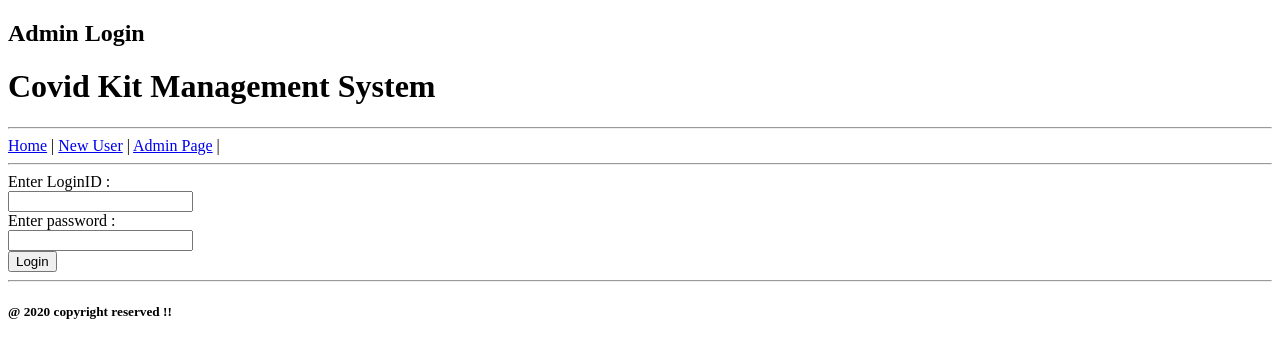
Repository: smithaApatil/SBA1_Final
Page: http://localhost/CovidKitMgmtSystem/admin
An editor plug-in stored every save of this project. The page is shown before and after the next save, followed by the edit.
The browser window is 1280 px wide. The pictures show the whole page.
The page is served by Tomcat 9. Other server files are loaded and not shown.

Above is the page before, as saved 2020-11-08 19:14:52.

### CovidKitMgmtSystem/WebContent/admin.jsp
<%@ page language="java" contentType="text/html; charset=ISO-8859-1"
    pageEncoding="ISO-8859-1"%>
        <%@page import="com.wellsfargo.sba1.entity.Product"%>
<%@page import="com.wellsfargo.sba1.service.ProductService"%>
<%@page import="java.util.List"%>
<%@page import="com.wellsfargo.sba1.service.ProductServiceImple"%>
<!DOCTYPE html>
<html>
<head>
<meta charset="ISO-8859-1">
<title>Admin Login Page</title>
</head>
<body>
<h2>Admin Login</h2>
<%
	if (session.getAttribute("message") == null || session.getAttribute("message").toString().isEmpty() || session.getAttribute("message")!="admin") {
	%>
	<form action="login" method="post">

	<jsp:include page="header.jsp" />
		<div>
			<div><label for="loginid">Enter LoginID : </label> </div>
			<div><input type="text" id="loginid" name="loginid"> </div>
		</div>
		<div>
			<div><label for="password">Enter password : </label> </div>
			<div><input type="text" id="password" name="password"> </div>
		</div>
		<div>
			<div><input type="submit" value="Login"> </div>
		</div>
	</form>
	<% }  else if(session.getAttribute("message").toString().equals("admin")){
		ProductService prodService = new ProductServiceImple();
		List<Product> prods = prodService.getAllProducts();
		request.setAttribute("prods", prods);
		request.getRequestDispatcher("listproducts.jsp").forward(request, response);
	 } %>

<hr>
	<jsp:include page="footer.jsp"/>
	</hr>

</body>
</html>

### CovidKitMgmtSystem/WebContent/header.jsp
<header>
	<h1>Covid Kit Management System</h1>
	<hr />
		<nav>
			<a href="index.jsp">Home</a>
			<span>|</span>
			<a href="newuser">New User</a>
			<span>|</span>
			<a href="admin">Admin Page</a>
			<span>|</span>

		</nav>
	<hr />
</header>

### CovidKitMgmtSystem/WebContent/footer.jsp
<h5>@ 2020 copyright reserved !!</h5>

### CovidKitMgmtSystem/src/com/wellsfargo/sba1/controller/AdminPageFrontController.java
package com.wellsfargo.sba1.controller;

import java.io.IOException;
import java.io.PrintWriter;
import java.util.List;

import javax.servlet.ServletException;
import javax.servlet.annotation.WebServlet;
import javax.servlet.http.HttpServlet;
import javax.servlet.http.HttpServletRequest;
import javax.servlet.http.HttpServletResponse;
import javax.servlet.http.HttpSession;

import com.wellsfargo.sba1.entity.Product;
import com.wellsfargo.sba1.exception.sba1Exception;
import com.wellsfargo.sba1.service.ProductService;
import com.wellsfargo.sba1.service.ProductServiceImple;


@WebServlet({"/list","/newProdForm","/addProd","/editProd","/updateProd","/deleteProd", "/admin","/login","/logout"})
//@WebServlet("/AdminPageFrontController")
public class AdminPageFrontController extends HttpServlet {
	private static final long serialVersionUID = 1L;

   private ProductService prodService;

	@Override
	public void init() throws ServletException {
			prodService = new ProductServiceImple();
	}

	protected void doGet(HttpServletRequest request, HttpServletResponse response) throws ServletException, IOException {
		String url = request.getServletPath();
		String viewName="";

		switch(url) {

			case "/list":viewName = listAllProducts(request, response);break;
			case "/newProdForm":viewName=showNewProductForm(request, response);break;
			case "/addProd":viewName=insertProduct(request, response); break;
			case "/editProd":viewName=showEditProductForm(request, response);break;
			case "/updateProd":viewName=updateProduct(request, response);break;
			case "/deleteProd":viewName=deleteProduct(request, response);break;
			case "/admin":viewName="admin.jsp";break;
			case "/login":viewName=adminLogin(request, response);break;
			case "/logout":viewName=adminLogout(request, response);break;
		}

		request.getRequestDispatcher(viewName).forward(request, response);
	}

	protected void doPost(HttpServletRequest request, HttpServletResponse response) throws ServletException, IOException {
		doGet(request, response);
	}


	private String adminLogout(HttpServletRequest request, HttpServletResponse response) throws IOException {
          String view;
        try {
			HttpSession session=request.getSession();
			session.removeAttribute("message");
	        session.invalidate();
	        request.setAttribute("msg", "Admin logged successfully ");
	        view = "index.jsp";
		} catch (Exception e) {
			e.printStackTrace();
			request.setAttribute("errMsg", e.getMessage());
			view="errPage.jsp";
		}

		return view;
	}

	private String adminLogin(HttpServletRequest request, HttpServletResponse response) {
		String uname = request.getParameter("loginid");
		String password = request.getParameter("password");
		String view = "";
		HttpSession session=request.getSession();
		try {
			if (uname.contentEquals("admin") & password.contentEquals("admin")) {
				request.setAttribute("msg", "Admin logged successfully");
				session.setAttribute("message","admin");
				ProductService prodService = new ProductServiceImple();
				List<Product> prods;
					prods = prodService.getAllProducts();

				request.setAttribute("prods", prods);
				view = "listproducts.jsp";
			} else
			{
				request.setAttribute("errMsg", "Invalid cridentials . Please check your user name or password!!");
				session.setAttribute("message","xyzzz");
				view="errPage.jsp";
			}
		} catch (sba1Exception e) {
			// TODO Auto-generated catch block
			e.printStackTrace();
		}
		return view;


	}

	private String listAllProducts(HttpServletRequest request, HttpServletResponse response) {
		String view = null;
		try {
			List<Product> prods = prodService.getAllProducts();
			request.setAttribute("prods", prods);
			view="listproducts.jsp";
		} catch (sba1Exception e) {
			request.setAttribute("errMsg", e.getMessage());
			view="errPage.jsp";
		}
		return view;
	}

	private String updateProduct(HttpServletRequest request, HttpServletResponse response) {
			Product prod = new Product();

			prod.setId(Integer.parseInt(request.getParameter("id")));
			prod.setProductName(request.getParameter("prodName"));
			prod.setProductDescription(request.getParameter("prodDesc"));
			prod.setCost(Double.parseDouble(request.getParameter("prodCost")));

			String view="";
			try {
				prodService.ValidateAndSave(prod);
				request.setAttribute("msg", "Item Got Saved!");
				List<Product> prods = prodService.getAllProducts();
				request.setAttribute("prods", prods);
				view="listproducts.jsp";

			} catch (sba1Exception e) {
				request.setAttribute("errMsg", e.getMessage());
				view="errPage.jsp";
			}
			return view;

	}

	private String showEditProductForm(HttpServletRequest request, HttpServletResponse response) {
		String view="";
		int id = Integer.parseInt(request.getParameter("id"));

		try {
			Product prod = prodService.getProductByID(id);
			request.setAttribute("prod", prod);
			view="showNewProductForm.jsp";
		} catch (sba1Exception e) {
			request.setAttribute("errMsg", e.getMessage());
			view="errPage.jsp";
		}
		return view;
	}

	private String deleteProduct(HttpServletRequest request, HttpServletResponse response) {
		String viewName ="deleteProduct.jsp";
		int id = Integer.parseInt(request.getParameter("id"));

			try {
				prodService.deleteProduct(id);
				request.setAttribute("msg", "Item Got Deleted!");
				List<Product> prods = prodService.getAllProducts();
				request.setAttribute("prods", prods);
				viewName="listproducts.jsp";
			} catch (sba1Exception e) {
				request.setAttribute("errMsg", e.getMessage());
				viewName="errPage.jsp";
			}


		return viewName;
	}

	private String insertProduct(HttpServletRequest request, HttpServletResponse response) {

		Product prod = new Product();
		prod.setId(Integer.parseInt(request.getParameter("id")));
		prod.setProductName(request.getParameter("prodName"));
		prod.setCost(Double.parseDouble(request.getParameter("prodCost")));
		prod.setProductDescription(request.getParameter("prodDesc"));

		String view="";
		try {
			prodService.ValidateAndAdd(prod);
			request.setAttribute("msg", "Item Got Added!");
			List<Product> prods = prodService.getAllProducts();
			request.setAttribute("prods", prods);
			view="listproducts.jsp";
		} catch (sba1Exception e) {
			request.setAttribute("errMsg", e.getMessage());
			view="errPage.jsp";
		}
		return view;

	}

	private String showNewProductForm(HttpServletRequest request, HttpServletResponse response) {

		Product prod = new Product();
		request.setAttribute("prod", prod);

		return "showNewProductForm.jsp";
	}
}

### CovidKitMgmtSystem/src/com/wellsfargo/sba1/service/ProductServiceImple.java
package com.wellsfargo.sba1.service;

import java.time.LocalDate;
import java.util.ArrayList;
import java.util.List;

import javax.naming.NamingException;

import com.wellsfargo.sba1.dao.ProductDAO;
import com.wellsfargo.sba1.dao.ProductDAOJdbcImple;
import com.wellsfargo.sba1.entity.Product;
import com.wellsfargo.sba1.exception.sba1Exception;

public class ProductServiceImple implements ProductService {

	ProductDAO prodDao;

	public ProductServiceImple() {
		prodDao = new ProductDAOJdbcImple();
	}

	private boolean isIDValid(Integer id) {
		return id > 0;
	}

	private boolean isNameValid(String Name) {
		return Name != null && (Name.length() >= 3 || Name.length() <= 20);
	}

	private boolean isDescriptionValid(String description) {
		return description != null && (description.length() >= 3 || description.length() <= 20);
	}

	private boolean isCostValid(Double cost) {
		return cost >= 0;
	}

	private boolean isValidProd(Product prod) throws sba1Exception {
		List<String> errMsg = new ArrayList<>();

		boolean isValid = true;

		if (!isIDValid(prod.getId())) {
			isValid = false;
			errMsg.add("ID can not be null or negative or zero");
		}

		if (!isNameValid(prod.getProductName())) {
			isValid = false;
			errMsg.add("Name can not be blank, title must be of 3 to 20 chars in length");
		}

		if (!isCostValid(prod.getCost())) {
			isValid = false;
			errMsg.add("Cost price can not be zero or negative");
		}

		if (!isDescriptionValid(prod.getProductDescription())) {
			isValid = false;
			errMsg.add("Description can not be blank, title must be of 3 to 20 chars in length");
		}
		if (!isValid) {
			throw new sba1Exception(errMsg.toString());
		}

		return isValid;
	}



	@Override
	public Product ValidateAndAdd(Product prod) throws sba1Exception {
		if(prod!=null) {
			if(isValidProd(prod)) {
				prodDao.addProduct(prod);
			}
		}
		return prod;
	}

	@Override
	public Product ValidateAndSave(Product prod) throws sba1Exception {
		if(prod!=null) {
			if(isValidProd(prod)) {
				prodDao.saveProduct(prod);
			}
		}
		return prod;
	}

	@Override
	public boolean deleteProduct(Integer id) throws sba1Exception {
		return prodDao.deleteByID(id);
	}

	@Override
	public List<Product> getAllProducts() throws sba1Exception {
		return prodDao.listAllProducts();
	}

	@Override
	public Product getProductByID(int id) throws sba1Exception {
		return prodDao.getByID(id);
	}


}

### CovidKitMgmtSystem/src/com/wellsfargo/sba1/dao/ProductDAO.java
package com.wellsfargo.sba1.dao;

import java.util.List;

import javax.naming.NamingException;

import com.wellsfargo.sba1.entity.Product;
import com.wellsfargo.sba1.exception.sba1Exception;

public interface ProductDAO {


		Product addProduct(Product prod) throws sba1Exception;
		Product saveProduct(Product prod) throws sba1Exception;
		List<Product> listAllProducts() throws sba1Exception;
		boolean deleteByID(Integer id) throws sba1Exception;
		Product getByID(Integer id)throws sba1Exception;

}

### CovidKitMgmtSystem/src/com/wellsfargo/sba1/dao/ProductDAOJdbcImple.java
package com.wellsfargo.sba1.dao;

import java.sql.Connection;
import java.sql.PreparedStatement;
import java.sql.ResultSet;
import java.sql.SQLException;
import java.util.ArrayList;
import java.util.List;

import javax.naming.NamingException;
import com.wellsfargo.sba1.dao.DBConnection;
import com.wellsfargo.sba1.entity.Product;
import com.wellsfargo.sba1.exception.sba1Exception;

public class ProductDAOJdbcImple implements ProductDAO {


	public static final String INS_PRODUCT_QRY = "INSERT INTO CORONAKITPRODUCTS(id,productName,cost,productDescription) values(?,?,?,?)";
	public static final String UPD_PRODUCT_QRY = "UPDATE CORONAKITPRODUCTS SET productName=?,cost=?,productDescription=? WHERE id=?";
	public static final String DEL_PRODUCT_QRY = "DELETE FROM CORONAKITPRODUCTS WHERE id=?";
	public static final String SEL_PRODUCT_QRY_BY_ID = "SELECT id,productName,cost,productDescription FROM CORONAKITPRODUCTS WHERE id=?";
	public static final String SEL_ALL_PRODUCTS_QRY = "SELECT id,productName,cost,productDescription FROM CORONAKITPRODUCTS";


	public Product addProduct(Product prod) throws sba1Exception  {
		if (prod != null) {
			try (Connection con = DBConnection.getConnection();
					PreparedStatement pst = con.prepareStatement(INS_PRODUCT_QRY)) {

				pst.setInt(1, prod.getId());
				pst.setString(2, prod.getProductName());
				pst.setDouble(3, prod.getCost());
				pst.setString(4, prod.getProductDescription());
				pst.executeUpdate();

			} catch (SQLException | NamingException exp) {
				exp.printStackTrace();
				throw new sba1Exception("Saving the item failed!");
			}
		}
		return prod;

	}

	public Product saveProduct(Product prod) throws sba1Exception {
		if (prod != null) {
			try (Connection con = DBConnection.getConnection();
					PreparedStatement pst = con.prepareStatement(UPD_PRODUCT_QRY)) {
				pst.setString(1, prod.getProductName());
				pst.setDouble(2, prod.getCost());
				pst.setString(3, prod.getProductDescription());
				pst.setLong(4, prod.getId());
				pst.executeUpdate();
			} catch (SQLException | NamingException exp) {
				exp.printStackTrace();
				throw new sba1Exception("Saving the item failed!");
			}
		}
		return prod;
	}

	public List<Product> listAllProducts() throws sba1Exception {
		List<Product> prods = new ArrayList<>();

		try (Connection con = DBConnection.getConnection();
				PreparedStatement pst = con.prepareStatement(SEL_ALL_PRODUCTS_QRY)) {

			ResultSet rs = pst.executeQuery();

			while (rs.next()) {
				Product prod = new Product();
				prod.setId(rs.getInt(1));
				prod.setProductName(rs.getString(2));
				prod.setCost(rs.getDouble(3));
				prod.setProductDescription(rs.getString(4));

				prods.add(prod);
			}

			if(prods.isEmpty()) {
				prods=null;
			}
		} catch (SQLException | NamingException exp) {
			exp.printStackTrace();
			throw new sba1Exception("Retrival the item failed!");
		}
		return prods;
	}

	public boolean deleteByID(Integer id) throws sba1Exception {
		boolean isDeleted = false;
		try (Connection con = DBConnection.getConnection();
				PreparedStatement pst = con.prepareStatement(DEL_PRODUCT_QRY)) {

			pst.setInt(1, id);
			int rowsCount = pst.executeUpdate();

			isDeleted = rowsCount > 0;

		} catch (SQLException | NamingException exp) {
			exp.printStackTrace();
			throw new sba1Exception("Deleting the item failed!");
		}

		return isDeleted;
	}

	public Product getByID(Integer id) throws sba1Exception {
		Product prod = null;

		try (Connection con = DBConnection.getConnection();
				PreparedStatement pst = con.prepareStatement(SEL_PRODUCT_QRY_BY_ID)) {

			pst.setInt(1, id);

			ResultSet rs = pst.executeQuery();

			if (rs.next()) {
				prod = new Product();
				prod.setId(rs.getInt(1));
				prod.setProductName(rs.getString(2));
				prod.setCost(rs.getDouble(3));
				prod.setProductDescription(rs.getString(4));
			}

		} catch (SQLException | NamingException exp) {
			exp.printStackTrace();
			throw new sba1Exception("Retrival the item failed!");
		}

		return prod;
	}

}

After the next save:
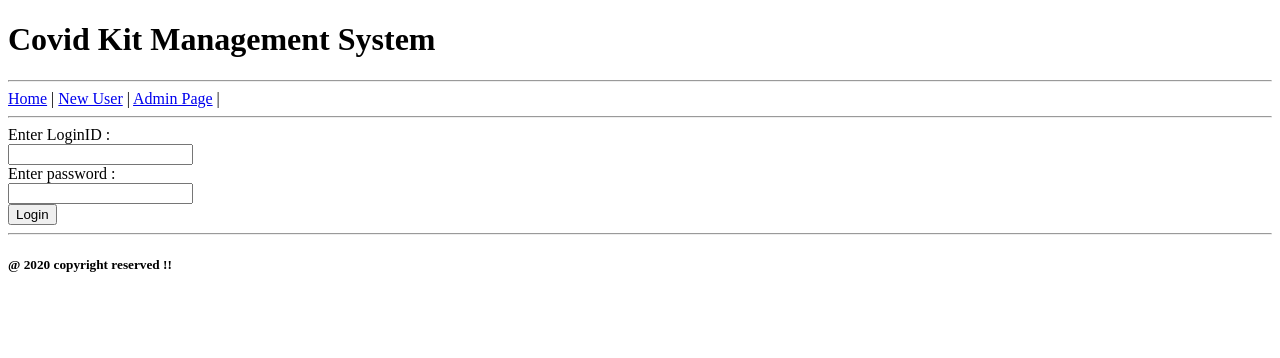
Saved 68 s later.
--- a/CovidKitMgmtSystem/WebContent/admin.jsp
+++ b/CovidKitMgmtSystem/WebContent/admin.jsp
@@ -11,7 +11,7 @@
 <title>Admin Login Page</title>
 </head>
 <body>
-<h2>Admin Login</h2>
+
 <%
 	if (session.getAttribute("message") == null || session.getAttribute("message").toString().isEmpty() || session.getAttribute("message")!="admin") {
 	%>
